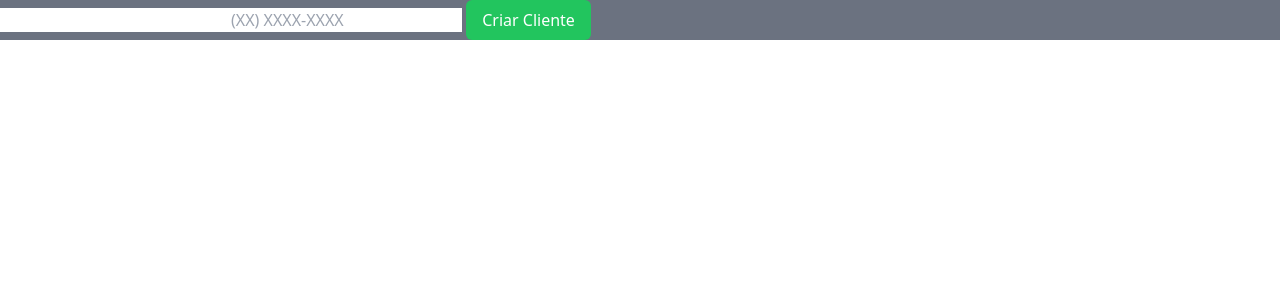
Repository: Gstxxx/sales-manager-laravel
Page: http://localhost/
These files come from the project's save history. The page is drawn as it stood at one moment and after the next save; the edit follows.
The browser window is 1280 px wide. The pictures show the whole page.
The page is served by the project's Laravel application, run on PHP 8.4 with Laravel 12. Style sheets and scripts are compiled from the project's sources, by tool versions that may differ from the author's.

Above is the page before, as saved 2024-06-09 03:03:24.

After the next save:
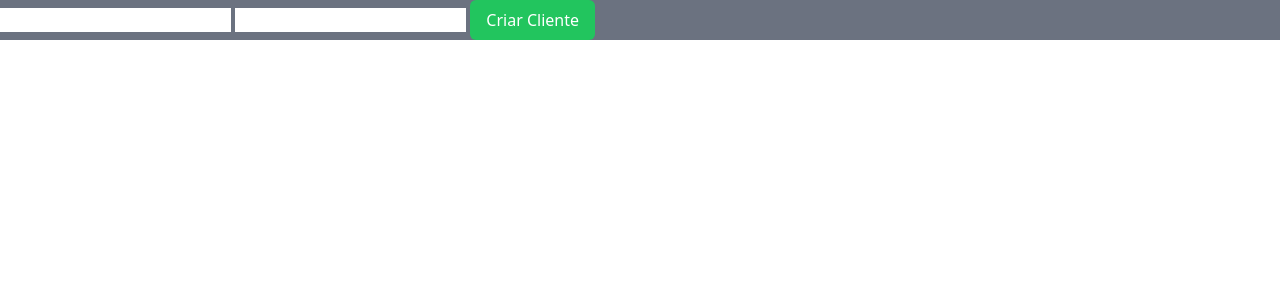
Saved 14 s later.
--- a/resources/views/home.blade.php
+++ b/resources/views/home.blade.php
@@ -11,31 +11,8 @@
     <div class="bg-gray-500 flex flex-col">
         <form action="{{ route('addClient') }}" method="POST">
             @csrf
-            <input type="text" name="name-client" id="name-client"><input type="text" name="number-client" id="number-client" placeholder="(XX) XXXX-XXXX">
-
-            <script>
-                document.getElementById('number-client').addEventListener('input', function (e) {
-                var inputValue = e.target.value.replace(/\D/g, '');
-                var formattedValue = formatPhoneNumber(inputValue);
-                updatePlaceholder(formattedValue);
-            });
-
-            function formatPhoneNumber(phoneNumber) {
-                var formattedNumber = phoneNumber;
-                if (phoneNumber.length >= 2 && phoneNumber.length <= 3) {
-                    formattedNumber = '(' + phoneNumber + ')';
-                } else if (phoneNumber.length >= 4 && phoneNumber.length <= 7) {
-                    formattedNumber = '(' + phoneNumber.slice(0, 2) + ') ' + phoneNumber.slice(2);
-                } else if (phoneNumber.length >= 8) {
-                    formattedNumber = '(' + phoneNumber.slice(0, 2) + ') ' + phoneNumber.slice(2, 6) + '-' + phoneNumber.slice(6);
-                }
-                return formattedNumber;
-            }
-
-            function updatePlaceholder(formattedNumber) {
-                document.getElementById('number-client').placeholder = formattedNumber;
-            }
-            </script>
+            <input type="text" name="name-client" id="name-client">
+            <input type="number" name="number-client" id="number-client">
             <button type="submit" id="add-bt"
                         class="px-4 py-2 bg-green-500 text-white rounded-md hover:bg-green-600 focus:outline-none focus:bg-green-600">Criar Cliente</button>
         </form>
